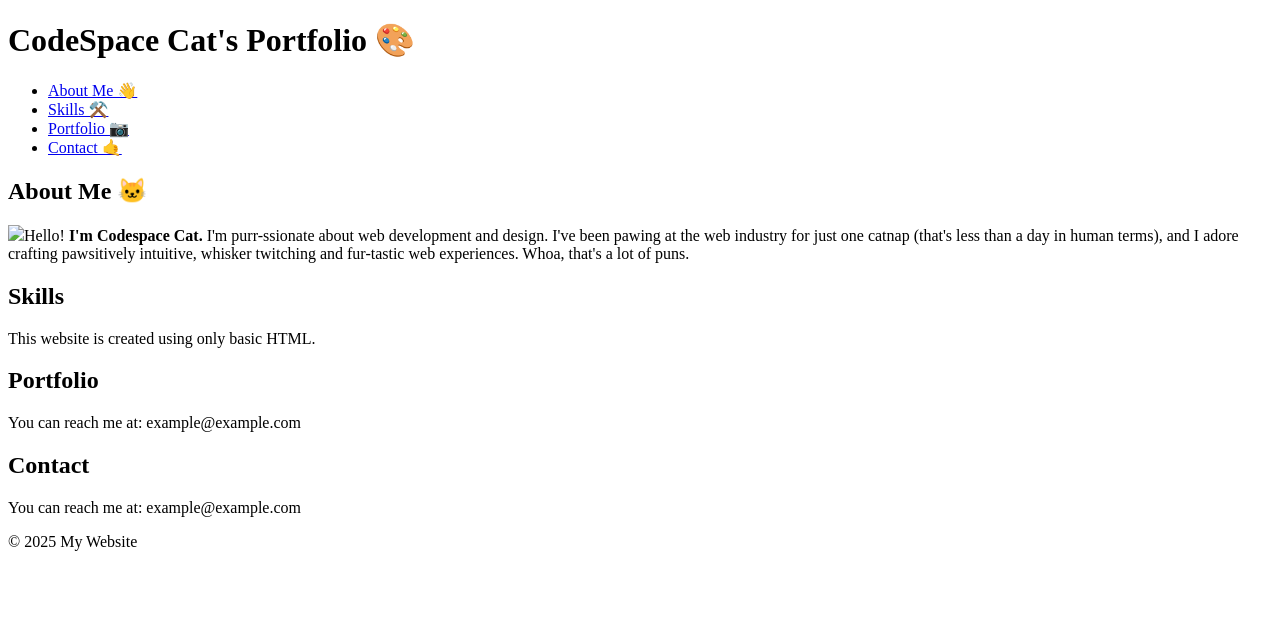
Repository: andajonas/Module_04_ANDJON25111_fto2502_A2_Anda-Jonas_SDF02
Page: index.html
These files come from the project's save history. The page is drawn as it stood at one moment and after the next save; the edit follows.
The browser window is 1280 px wide. The pictures show the whole page.

Above is the page before, as saved 2025-03-05 09:13:08.
Not found: cat-codespace.png

After the next save:
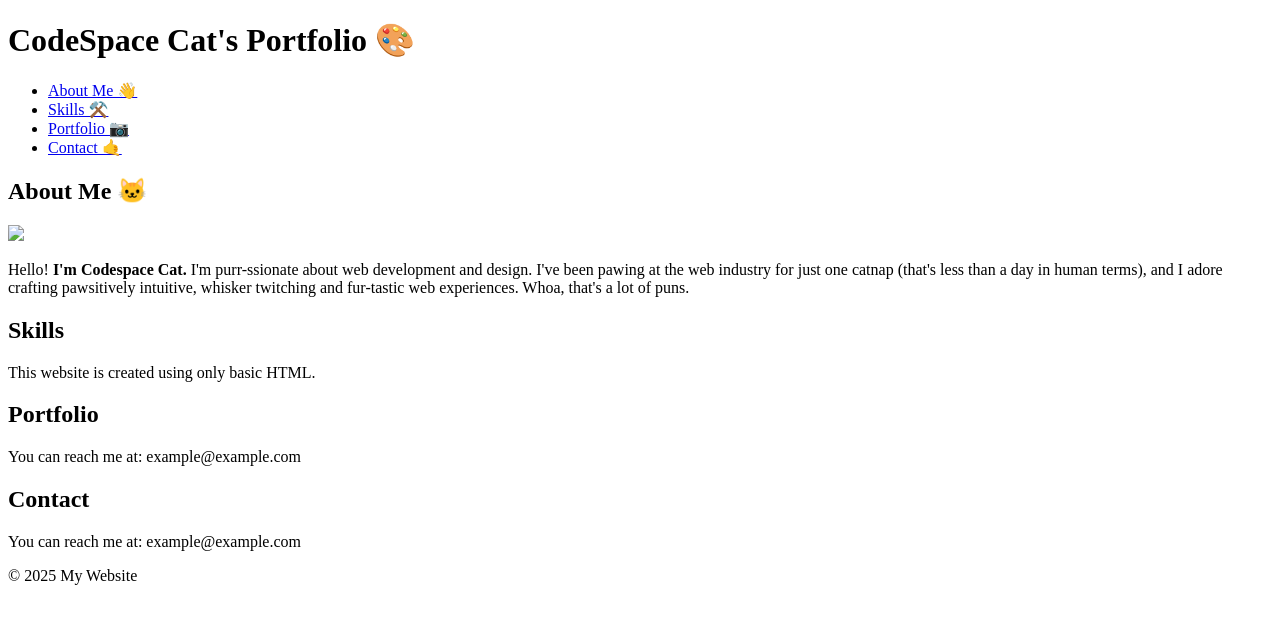
Saved 29 s later.
--- a/index.html
+++ b/index.html
@@ -17,7 +17,7 @@
     </nav>
     <section id="about me">
         <h2>About Me 🐱</h2>
-        <img src="cat-codespace.png"
+        <img src="cat-codespace.png">
         <p>Hello! <b>I'm Codespace Cat.</b> I'm purr-ssionate about web development and design. I've been pawing at the web industry for just one catnap (that's less than a day in human terms), and I adore crafting pawsitively intuitive, whisker twitching and fur-tastic web experiences. Whoa, that's a lot of puns. </p>
     </section>
     <section id="skills">
